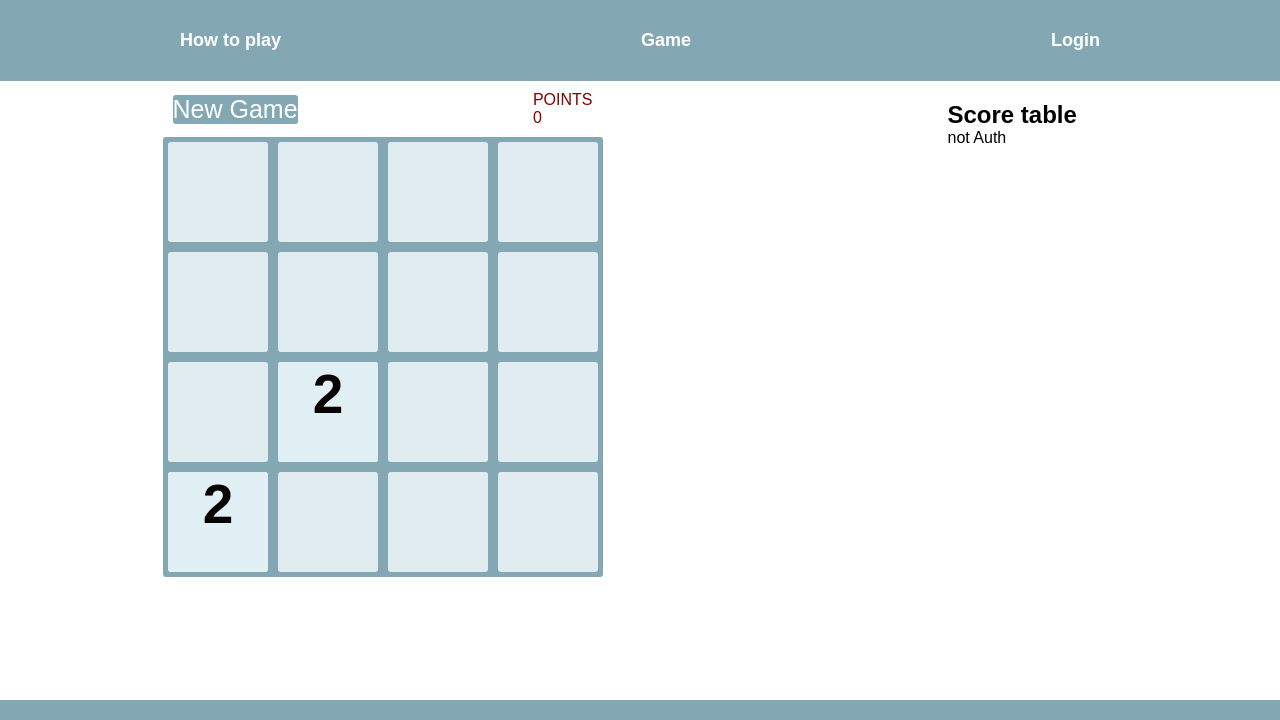
Repository: nika-otter/2048
Page: / (app in client/)
The author's editor kept a copy of each file at every save. The page is drawn from the files as they stood at one save, then again after the next save.
The browser window is 1280 px wide. The pictures show the whole page.
The project was rebuilt for these pictures with package versions that can differ from the ones it lists, and the page was loaded fresh each time. Also part of the build but not shown: client/src/components/Login/LoginForm.js, client/src/pages/account/index.jsx, client/src/components/Game/GameOverlay.jsx, client/src/components/InstructionPage/InstructionPage.module.scss, client/src/components/HowToPlay/howtoplay.module.scss, client/src/components/HowToPlay/howtoplay.jsx, client/src/components/InstructionPage/InstructionPage.jsx, client/src/pages/Instruction/index.jsx and 4 more.

Above is the page before, as saved 2023-05-01 16:48:38.

### client/src/index.js
import React from "react";
import ReactDOM from "react-dom/client";
import "./index.css";
import App from "./App";
import { BrowserRouter } from "react-router-dom";
import Store from "./store/store";

const store = new Store();

export const Context = React.createContext({
  store,
});

const root = ReactDOM.createRoot(document.getElementById("root"));
root.render(
  <Context.Provider value={{ store }}>
    <BrowserRouter>
      <App />
    </BrowserRouter>
  </Context.Provider>
);

### client/src/index.css
* {
  box-sizing: border-box;
  margin: 0;
  padding: 0;
}
#root {
  width: 100vw;
  height: 100%;
}

body {
  /* background-color: #ffffff;
  display: flex;
  justify-content: center;
  align-items: center;*/
  /* height: 100vh; */
  height: 100%;
}
html {
  height: 100%;
}
code {
  font-family: source-code-pro, Menlo, Monaco, Consolas, "Courier New",
    monospace;
}

### client/src/App.js
import { useContext, useEffect, useState } from "react";
import "./App.css";
import LoginForm from "./components/Login/LoginForm";
import AppRouter from "./router/AppRouter";
import { Context } from "./index";
import { observer } from "mobx-react-lite";
import UserService from "./services/UserService";
function App() {
  // const { store } = useContext(Context);
  // const [users, setUsers] = useState([]);
  // useEffect(() => {
  //   if (localStorage.getItem("token")) {
  //     // console.log(localStorage.getItem("token"));
  //     store.checkAuth();
  //   }
  // }, []);

  // if (store.isLoading) {
  //   return <div>Loading...</div>;
  // }
  // async function getUsers() {
  //   try {
  //     const response = await UserService.fetchUsers();
  //     setUsers(response.data);
  //     console.log(response);
  //     setUsers(response.data);
  //   } catch {}
  // }
  return (
    <div className="App">
      <AppRouter />
      {/* <h1>{store.isAuth ? `User: ${store.user.email}` : "Not Auth"}</h1>
      <h1>
        {" "}
        {store.user.isActivated ? `Activated` : "Go and activate your email"}
      </h1>
      <button onClick={() => store.logout()}>Logout</button>
      <button onClick={getUsers}>Get users</button>
      {users.map((user) => (
        <div key={user.email}>{user.email}</div>
      ))}      */}
      {/* <LoginForm /> */}
    </div>
  );
}

export default observer(App);

### client/src/store/store.js
import { makeAutoObservable } from "mobx";
import AuthService from "../services/AuthService";
import axios from "axios";
import { API_URL } from "../http";
import UserService from "../services/UserService";

export default class Store {
  user = {};
  isAuth = false;
  isLoading = false;
  scores = {};
  constructor() {
    makeAutoObservable(this);
  }
  setAuth(bool) {
    this.isAuth = bool;
  }
  setUser(user) {
    this.user = user;
  }

  setLoading(bool) {
    this.isLoading = bool;
  }

  setScores(scores) {
    this.scores = scores;
  }

  async login(email, password) {
    console.log("login");
    try {
      const response = await AuthService.login(email, password);
      console.log(response);
      localStorage.setItem("token", response.data.accessToken);
      this.setAuth(true);
      this.setUser(response.data.user);
      console.log(response.data.user);
    } catch (e) {
      console.log(e.response?.data?.message);
    }
  }

  async registration(email, password) {
    try {
      const response = await AuthService.registration(email, password);
      console.log(response);
      localStorage.setItem("token", response.data.accessToken);
      this.setAuth(true);
      this.setUser(response.data.user);
    } catch (e) {
      console.log(e.response?.data?.message);
    }
  }

  async logout() {
    try {
      const response = await AuthService.logout();
      console.log(response);
      localStorage.removeItem("token", response.data.accessToken);
      this.setAuth(false);
      this.setUser({});
    } catch (e) {
      console.log(e.response?.data?.message);
    }
  }

  async checkAuth() {
    console.log("checkAuth");
    this.setLoading(true);
    try {
      const response = await axios.get(`${API_URL}/refresh`, {
        withCredentials: true,
      });
      console.log(response, "response checkAuth");
      console.log(
        response.data.accessToken,
        "response.data.accessToken checkAuth"
      );
      localStorage.setItem("token", response.data.accessToken);

      this.setAuth(true);
      this.setUser(response.data.user);
    } catch (e) {
      console.log(e.response?.data?.message);
    } finally {
      this.setLoading(false);
    }
  }

  async saveScore(email, score) {
    try {
      const response = await UserService.updateScore(email, score);
      //   this.scores = response.data.user.scores;
      console.log(response.data.user.scores);
    } catch (e) {
      console.log(e.response?.data?.message);
    }
  }
  async getScores(email) {
    this.setLoading(true);
    try {
      const response = await UserService.getScores(email);
      console.log(response, "response getScores store");
      this.setScores(response.data.user.scores);
      //   console.log(response.data.user.scores);
    } catch (e) {
      console.log(e.response?.data?.message);
    } finally {
      // this.setLoading(false);
    }
  }
}

### client/src/App.css
.App {
  /* position: relative; */
  display: flex;
  flex-direction: column;
  height: 100%;
  /* background-color: rgb(188, 121, 39); */
}
/* main {
  flex: 1 0 auto;
} */

### client/src/router/AppRouter.jsx
import { Routes, Route } from "react-router-dom";
import Account from "../pages/Account";
import Game from "../pages/Game";
import Instruction from "../pages/Instruction";
import Login from "../pages/Login";

const AppRouter = () => {
  return (
    <Routes>
      {/* <Route path="/game" element={<Game />} /> */}
      {/* <Route path="/account" element={<Account />} /> */}
      <Route path="/how-to-play" element={<Instruction />} />
      <Route path="/" element={<Game />} />
      <Route path="/login" element={<Login />} />
    </Routes>
  );
};

export default AppRouter;

### client/src/services/UserService.js
import $api from "../http";
export default class UserService {
  static fetchUsers() {
    return $api.get("/users");
  }

  static updateScore(email, score) {
    return $api.post(`/score`, { email, score });
  }

  static async getScores(email) {
    return $api.post(`/scores`, { email });
  }
}

### client/src/services/AuthService.js
import $api from "../http";
export default class AuthService {
  static async login(email, password) {
    return $api.post("/login", { email, password });
  }
  static async registration(email, password) {
    return $api.post("/registration", { email, password });
  }
  static async logout() {
    return $api.post("/logout");
  }
}

### client/src/http/index.js
import axios from "axios";

export const API_URL = "http://localhost:5000/api";

const $api = axios.create({
  withCredentials: true,
  baseURL: API_URL,
});

$api.interceptors.request.use((config) => {
  config.headers.Authorization = `Bearer ${localStorage.getItem("token")}`;
  return config;
});

$api.interceptors.response.use(
  (config) => {
    return config;
  },
  async (error) => {
    const originalRequest = error.config;
    if (
      error.response.status === 401 &&
      error.config &&
      !error.config._isRetry
    ) {
      originalRequest._isRetry = true;
      try {
        const response = await axios.get(`${API_URL}/refresh`, {
          withCredentials: true,
        });
        console.log(response, "response http");
        localStorage.setItem("token", response.data.accessToken);
        return $api.request(originalRequest);
      } catch (e) {
        console.log(e);
        console.log("НЕ АВТОРИЗОВАН");
      }
    }
    throw error;
  }
);
export default $api;

### client/src/pages/Game/index.jsx
import Header from "../../components/Header/Header";
import Footer from "../../components/Footer/Footer";
import GamePage from "../../components/GamePage/GamePage";

function Game() {
  return (
    <>
      <Header />
      <GamePage />
      <Footer />
    </>
  );
}

export default Game;

### client/src/components/Footer/Footer.jsx
import classes from "./Footer.module.scss";

function Footer() {
  return <footer className={classes.footer}></footer>;
}

export default Footer;

### client/src/components/Header/Header.jsx
import { Link } from "react-router-dom";
import classes from "./Header.module.scss";

function Header() {
  return (
    <header className={classes.header}>
      <Link className={classes.link} to="/how-to-play">
        How to play
      </Link>
      <Link className={classes.link} to="/">
        Game
      </Link>
      <Link className={classes.link} to="/login">
        Login
      </Link>
    </header>
  );
}

export default Header;

### client/src/components/GamePage/GamePage.jsx
import { Link } from "react-router-dom";
import classes from "./GamePage.module.scss";
import ScoreTable from "../ScoreTable/ScoreTable";
import BoardView from "../Game/Board";
import { observer } from "mobx-react-lite";
import { useContext, useEffect } from "react";
import { Context } from "../..";

function GamePage() {
  return (
    <main className={classes.main}>
      <div className={classes.gamepage}>
        <BoardView />
        <ScoreTable />
      </div>
    </main>
  );
}

export default observer(GamePage);

### client/src/components/Footer/Footer.module.scss
.footer {
  flex: 0 0 auto;
  height: 20px;
  background-color: rgb(131, 168, 180);
  width: 100%;
}

### client/src/components/Header/Header.module.scss
.header {
  display: flex;
  justify-content: space-around;
  background-color: #83a8b4;
  width: 100%;
}
.link {
  color: white;
  text-decoration: none;
  font-size: large;
  margin-top: 20px;
  margin-bottom: 20px;
  padding: 10px;
  font-weight: bold;
  border-radius: 5px;
  &:hover {
    color: rgb(106, 134, 144);
    background-color: rgb(255, 255, 255);
  }
}

### client/src/components/GamePage/GamePage.module.scss
.gamepage {
  display: flex;
  justify-content: space-around;
  //   background-color: aquamarine;
}
.main {
  flex: 1 0 auto;
}

### client/src/components/ScoreTable/ScoreTable.jsx
import { useContext, useEffect, useState } from "react";
import classes from "./ScoreTable.module.scss";
import { Context } from "../..";
import UserService from "../../services/UserService";
import { observer } from "mobx-react-lite";

function ScoreTable() {
  // const { store } = useContext(Context);
  // const [scores, setScores] = useState([]);

  // useEffect(() => {
  //   if (localStorage.getItem("token")) {
  //     console.log(localStorage.getItem("token"), "token from login index.jsx");
  //     store.checkAuth();
  //     getScores(store.user.email);
  //   }
  //   console.log(store.user.email, "store.user.email in ScoreTable.jsx");
  // }, []);

  // const getScores = async (email) => {
  //   console.log(email, "email in ScoreTable.jsx");
  //   try {
  //     const response = await UserService.getScores(email);
  //     setScores(response.data.scores, "response from getScores ScoreTable.jsx");
  //     console.log(response);
  //   } catch {
  //     console.log("Error");
  //   }
  // };
  // console.log(scores, "store.user in ScoreTable.jsx");

  const { store } = useContext(Context);
  // const [scores, setScores] = useState([]);
  // console.log(store.user.scores, "store.user from login index.jsx");
  useEffect(() => {
    if (localStorage.getItem("token")) {
      console.log(localStorage.getItem("token"), "token from login index.jsx");
      store.checkAuth();
    }
    console.log(store.user.email, "store.user.email in ScoreTable.jsx");
    // getScores(store.user.email);
  }, [store]);

  // async function getScores(email) {
  //   console.log(email, "email from getScores");
  //   try {
  //     const response = await UserService.getScores(email);
  //     // setUsers(response.data);
  //     console.log(response, "response from getScores");
  //     // console.log(response.data.data.user.scores, "response.data.user.scores");
  //     // setScores(response.data.scores);
  //   } catch (e) {
  //     console.log(e, "Error");
  //   }
  // }
  if (store.isLoading) {
    console.log(store.isLoading, "store.isLoading");
    return <div className={classes.loading}>Loading...</div>;
  }
  return (
    <div className={classes.scoretable}>
      <h2>Score table</h2>
      {/* <button onClick={() => getScores(store.user.email)}>Get scores</button> */}
      {/* {store.isAuth ? (
        scores.map((score) => <div key={score}>{score}</div>)
      ) : (
        <div>loading</div>
      )} */}
      <ul>
        {store.isAuth ? (
          store.user.scores
            .map((score) => ({
              score,
              id: Math.random(),
            }))
            .sort((a, b) => b.score - a.score)
            .slice(0, 10)
            .map((item) => <li key={item.id}>{item.score}</li>)
        ) : (
          <div>not Auth</div>
        )}
      </ul>

      {/* <button onClick={getScores}>dddmdmd</button> */}

      {/* {scores.map((score) => (
        <div>{score}</div>
      ))} */}
    </div>
  );
}

export default observer(ScoreTable);

### client/src/components/Game/Board.jsx
import React, { useContext, useEffect, useState } from "react";
import Tile from "./Tile";
import Cell from "./Cell";
import { Board } from "../../helper";
import useEvent from "../../hooks/useEvent";
import GameOverlay from "./GameOverlay";
import "./Board.scss";
import { Context } from "../..";
import UserService from "../../services/UserService";
const BoardView = () => {
  const { store } = useContext(Context);
  const [board, setBoard] = useState(new Board());

  // useEffect(() => {
  //   const checkAuth = async () => {
  //     if (localStorage.getItem("token")) {
  //       console.log(localStorage.getItem("token"), "token from login index.jsx");
  //       await store.checkAuth();
  //     }
  //   };
  //   checkAuth();
  //   console.log(store.user.email, "store.user.email in ScoreTable.jsx");
  //   // getScores(store.user.email);
  // }, [resetGame]);

  const handleKeyDown = (event) => {
    if (board.hasWon()) {
      return;
    } //потім вернути треба

    if (event.keyCode >= 37 && event.keyCode <= 40) {
      let direction = event.keyCode - 37;
      let boardClone = Object.assign(Object.create(board), board);
      // let boardClone = Object.assign(
      //   Object.create(Object.getPrototypeOf(board)),
      //   board
      // ); // теж саме що і вище
      let newBoard = boardClone.move(direction);
      setBoard(newBoard);
    }
  };

  useEvent("keydown", handleKeyDown);

  const cells = board.cells.map((row, rowIndex) => {
    return (
      <div key={rowIndex}>
        {row.map((col, colIndex) => {
          return <Cell key={rowIndex * board.size + colIndex} />;
        })}
      </div>
    );
  }); //робить клітинки нічого серйозного

  const tiles = board.tiles
    .filter((tile) => tile.value !== 0)
    .map((tile, index) => {
      return <Tile tile={tile} key={index} />;
    });

  const saveScore = async (email, score) => {
    try {
      const response = await UserService.updateScore(email, score);
      console.log(response, "response from saveScore ");
    } catch {
      console.log("Error");
    }
  };
  const resetGame = async () => {
    console.log(
      store.user.email,
      board.score,
      "store.user.email board.score from BoardView.jsx"
    );
    if (board.score > 0) {
      await saveScore(store.user.email, board.score);
      store.checkAuth();
    }
    setBoard(new Board());
  };

  return (
    <div>
      <div className="details-box">
        <div className="resetButton" onClick={resetGame}>
          New Game
        </div>
        <div className="score-box">
          <div className="score-header">POINTS</div>
          <div>{board.score}</div>
        </div>
      </div>
      <div className="board">
        {cells}
        {tiles}
        <GameOverlay onRestart={resetGame} board={board} />
      </div>
    </div>
  );
};

export default BoardView;

### client/src/components/ScoreTable/ScoreTable.module.scss
.scoretable {
  margin: 20px;
  width: 150px;
}
.loading {
  width: 150px;
  margin: 20px;
}

### client/src/components/Game/Tile.jsx
import React from "react";
// import classes from "./Board.scss";
import "./Board.scss";
// import "./styles.scss";

const Tile = ({ tile, id }) => {
  console.log("tile");
  let classArray = ["tile"];
  classArray.push("tile" + tile.value);
  if (!tile.mergedInto) {
    classArray.push(`position_${tile.row}_${tile.column}`);
  }
  if (tile.mergedInto) {
    classArray.push("merged");
  }
  if (tile.isNew()) {
    classArray.push("new");
  }

  if (tile.hasMoved()) {
    classArray.push(`row_from_${tile.fromRow()}_to_${tile.toRow()}`);
    classArray.push(`column_from_${tile.fromColumn()}_to_${tile.toColumn()}`);
    classArray.push("isMoving");
  }
  //   if (tile.isRandom()) {
  //     classArray.push("random");
  //   }

  let styles = classArray.join(" ");
  return <span className={styles}>{tile.value}</span>;
};

export default Tile;

### client/src/components/Game/Cell.jsx
import React from "react";

const Cell = ({ id }) => {
  return <span className="cell"></span>;
};

export default Cell;

### client/src/hooks/useEvent.jsx
import { useEffect } from "react";

export default function useEvent(event, handler, passive = false) {
  useEffect(() => {
    window.addEventListener(event, handler, passive);

    return function cleanUp() {
      window.removeEventListener(event, handler, passive);
    };
  });
}

### client/src/components/Game/Board.scss
// @font-face {
//   font-family: "Clear Sans";
//   src: url("../src/clear-sans.ttf") format("truetype");
// }

body {
  display: flex;
  //   background: rgb(2,0,36);
  // background: linear-gradient(90deg, rgba(2,0,36,1) 0%, rgba(87,64,124,1) 47%, rgba(0,212,255,1) 100%);
  //   color: white;
  // flex-direction: column;
  // justify-content: center;
  // align-content: center;
  // align-items: center;
  font-family: "Clear Sans", sans-serif;
  // font-size: 21px;
}

.text {
  // order: 2;
  // padding-top: 40px;
  // width: 440px;
  // font-weight: bold;
}
// main {
//   min-height: 90vh;
// }

// .wrapper {
//   display: flex;
//   flex-direction: column;
//   height: 100%;
// }
// .content {
//   flex: 1 0 auto;
// }
// .footer {
//   flex: 0 0 auto;
// }

.board {
  // order: 1;
  // display: inline-block;

  display: block;
  // justify-content: center;
  margin-left: auto;
  margin-right: auto;
  width: 440px;
  height: 440px;
  // padding: 5px; //вернути треба
  background-color: rgb(131, 168, 180);
  border-radius: 3px;
  // outline: none;
  position: relative;
}

// .board .cell,
// .tile {
//   // user-select: none;
//   // cursor: default;
// }

.details-box {
  display: flex;
  align-items: center;
  padding: 10px;
  justify-content: space-between;
}

.resetButton {
  background-color: rgb(131, 168, 180);
  color: rgb(255, 255, 255);
  cursor: pointer;
  font-size: 25px;
  // padding: 10px 20px;
  border-radius: 3px;
  transition: color 0.3s ease, background-color 0.3s ease;
  &:hover {
    background-color: rgb(131, 168, 180);
    color: rgba(255, 255, 255, 1);
  }
}

.score-header {
  font-size: 1rem;
}

.score-box {
  background-color: rgb(131, 168, 180) 6;
  color: rgb(129, 2, 2);
  // min-width: 50px;
  // width: 70px;
  // padding: 5px 15px;
  border-radius: 3px;
}

.cell,
.tile {
  // display: inline-block;
  width: 100px;
  height: 100px;
  margin: 5px;
  // line-height: 90px;
  display: inline-block;
  font-size: 55px;
  font-weight: bold;
  text-align: center;
  vertical-align: middle;
  border-radius: 3px;
  // font-family: "Clear Sans";
  color: rgb(8, 4, 4);
  background-color: rgb(224, 236, 240);
}

.tile0 {
  background-color: rgb(238, 247, 249);
}

.tile2 {
  background-color: rgb(224, 240, 245);
  // background-image: url(./assets/img/2.gif);
}

.tile4 {
  background-color: rgb(199, 221, 228);
  // background-image: url(./assets/img/4.gif);
}

.tile8 {
  background-color: rgb(187, 212, 220);
  // background-image: url(./assets/img/8.gif);
}

.tile16 {
  background-color: rgb(171, 195, 203);
  // background-image: url(./assets/img/16.gif);
}

.tile32 {
  background-color: rgb(140, 165, 174);
  // background-image: url(./assets/img/32.gif);
}

.tile64 {
  background-color: rgb(116, 144, 153);
  // background-image: url(./assets/img/64.gif);
}

.tile128 {
  background-color: rgb(98, 125, 134);
  // background-image: url(./assets/img/128.gif);
}

.tile256 {
  background-color: rgb(71, 91, 98);
  // background-image: url(./assets/img/256.gif);
  font-size: 45px;
}

.tile512 {
  background-color: rgb(45, 68, 75);
  // background-image: url(./assets/img/512.gif);
  font-size: 45px;
}

.tile1024 {
  background-color: rgb(40, 68, 78);
  // background-image: url(./assets/img/1024.gif);
  font-size: 35px;
}

.tile2048 {
  position: absolute;
  background-size: contain;
  left: 0;
  right: 0;
  top: 0;
  bottom: 0;
  padding: 0px;
  background-color: rgb(12, 42, 52);
  // background-image: url(./assets/img/2048.gif);
  font-size: 35px;
}

.try-again {
  z-index: 10;
  height: 100px;
  width: 100px;
  // background-image: url(./assets/img/try-again.gif);
}

.tile {
  position: absolute;
}

.tile.merged {
  display: none;
}

// .tile.merged.isMoving {
//   display: inline;
// }

.tile.new {
  animation-duration: 0.3s;
  animation-name: newTile;
  animation-fill-mode: forwards;
  // animation-delay: 0.15s;
  transform: scale(0);
}
// .tile.random {
//   animation-duration: 3s;
//   animation-name: newTile;
//   animation-fill-mode: forwards;
//   // animation-delay: 0.15s;
//   transform: scale(0);
// }

@keyframes newTile {
  from {
    transform: scale(0);
  }
  to {
    transform: scale(1);
  }
}

// .overlay {
//   position: absolute;
//   top: 0px;
//   bottom: 0px;
//   display: flex;
//   flex-direction: column;
//   align-items: center;
//   justify-content: center;
//   text-align: center;
//   left: 0px;
//   right: 0px;
//   font-size: 55px;
//   font-weight: bolder;
//   border-radius: 7px;
// }

// .tryAgain {
//   background-color: #876;
//   color: #fff;
//   height: 40px;
//   width: 200px;
//   font-size: 20px;
//   font-weight: bold;
//   cursor: pointer;
//   border: none;
//   border-radius: 5px;
//   border: 2px solid white;
// }

// .gameOver {
//   background-size: contain;
//   background-image: url(./assets/img/game-over.gif);
//   position: absolute;
//   top: 0;
//   right: 0;
//   bottom: 0;
//   left: 0;
//   z-index: 100;
//   text-align: center;
// }

.overlay .message {
  color: #666;
}

@for $row from 0 through 3 {
  @for $column from 0 through 3 {
    .position_#{$row}_#{$column}:not(.isMoving) {
      top: 110px * $row;
      left: 110px * $column;
    }
  }
}

@for $fromRow from 0 through 3 {
  @for $toRow from 0 through 3 {
    $name: row_from_#{$fromRow}_to_#{$toRow};

    @if $fromRow == $toRow {
      .#{$name} {
        top: 110px * $toRow;
      }
    } @else {
      .#{$name} {
        animation-duration: 0.2s;
        animation-name: $name;
        animation-fill-mode: forwards;
      }

      @keyframes #{$name} {
        from {
          top: 110px * $fromRow;
        }
        to {
          top: 110px * $toRow;
        }
      }
    }
  }
}

@for $fromColumn from 0 through 3 {
  @for $toColumn from 0 through 3 {
    $name: column_from_#{$fromColumn}_to_#{$toColumn};

    @if $fromColumn == $toColumn {
      .#{$name} {
        left: 110px * $toColumn;
      }
    } @else {
      .#{$name} {
        animation-duration: 0.2s;
        animation-name: $name;
        animation-fill-mode: forwards;
      }

      @keyframes #{$name} {
        from {
          left: 110px * $fromColumn;
        }
        to {
          left: 110px * $toColumn;
        }
      }
    }
  }
}

Loaded but not shown: client/public/index.html (common file); client/src/helper/index.js (231 lines, source omitted)

After the next save:
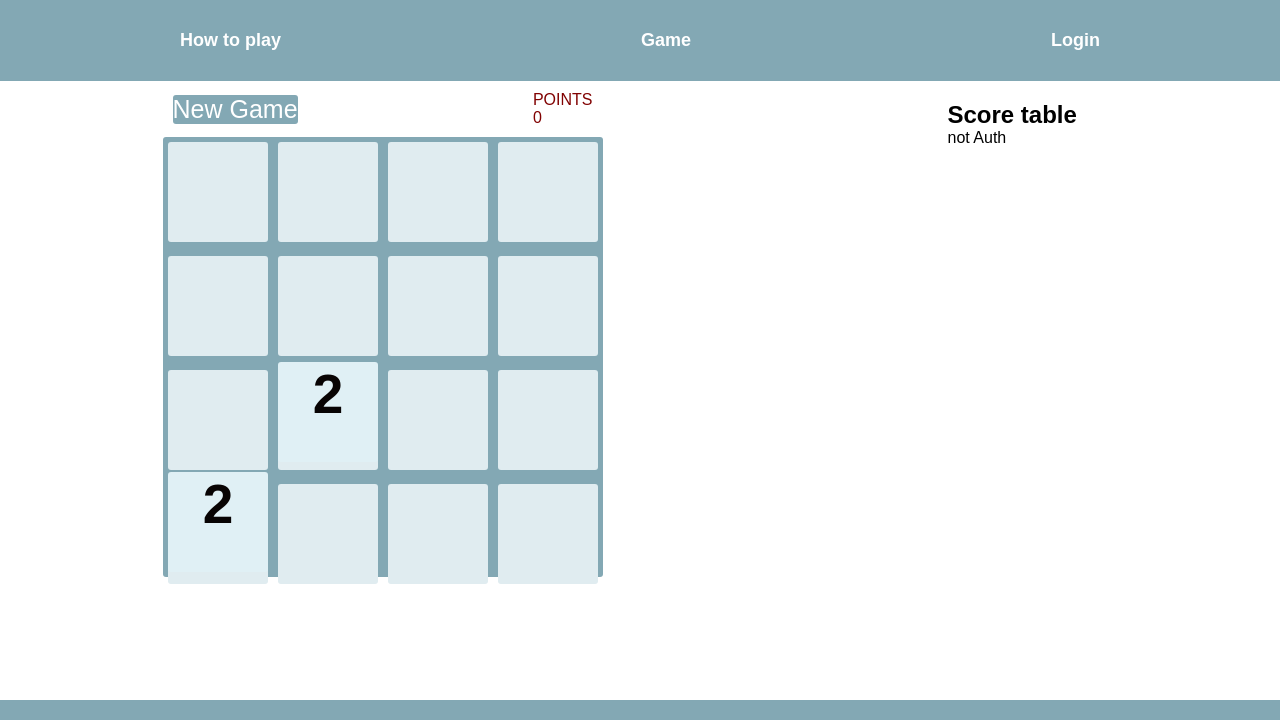
Saved 12 s later.
--- a/client/src/components/Game/Board.scss
+++ b/client/src/components/Game/Board.scss
@@ -106,7 +106,7 @@ body {
   font-size: 55px;
   font-weight: bold;
   text-align: center;
-  vertical-align: middle;
+  // vertical-align: middle;ss
   border-radius: 3px;
   // font-family: "Clear Sans";
   color: rgb(8, 4, 4);
